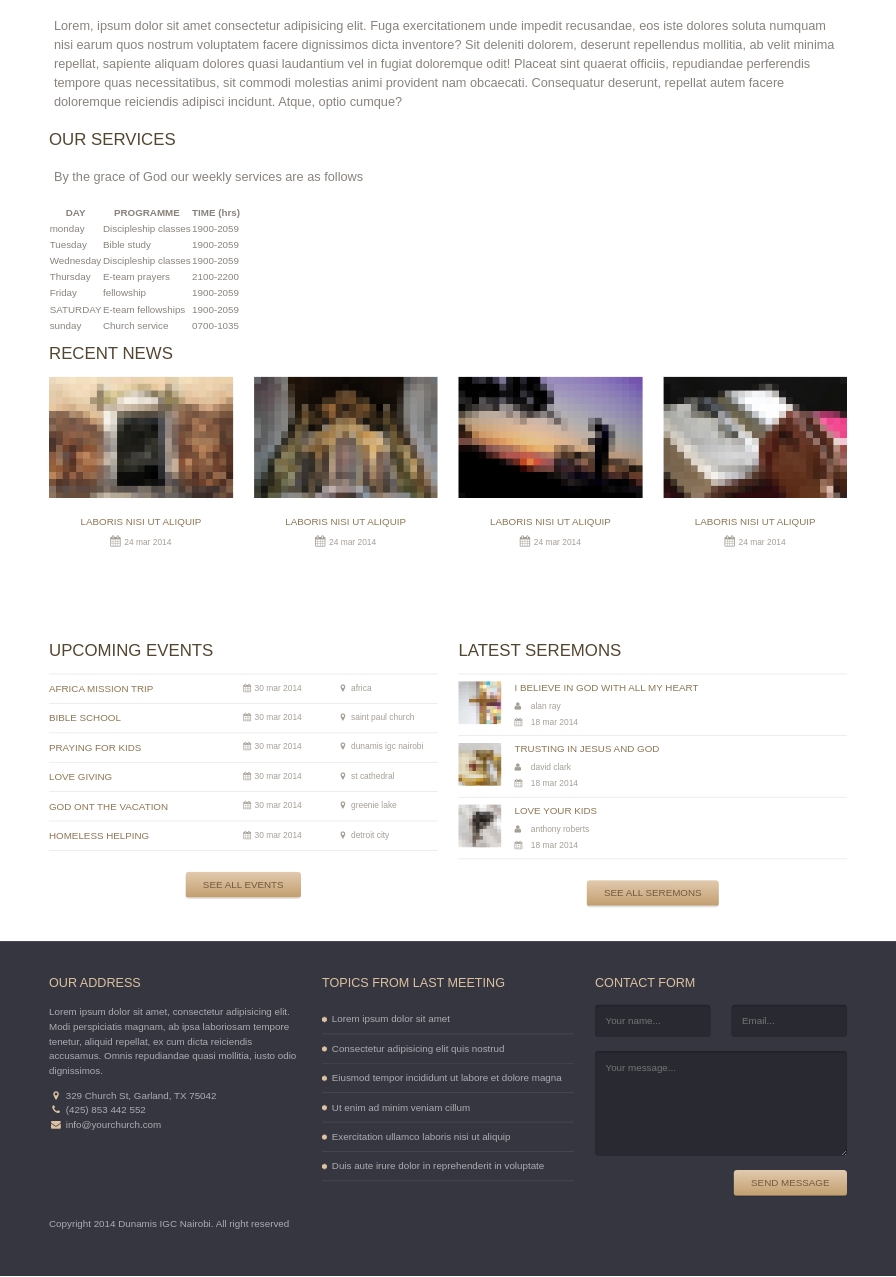
Repository: profbkmurage/churchWebsite
Page: index.html
The author's editor kept a copy of each file at every save. The page is drawn from the files as they stood at one save, then again after the next save.
The browser window is 1280 px wide. The pictures show the part of the page from y = 1118 to 3038 px (the page is 2942 px tall before and 3038 px after), at 70% of full size.

Above is the page before, as saved 2024-07-10 19:16:43.

After the next save:
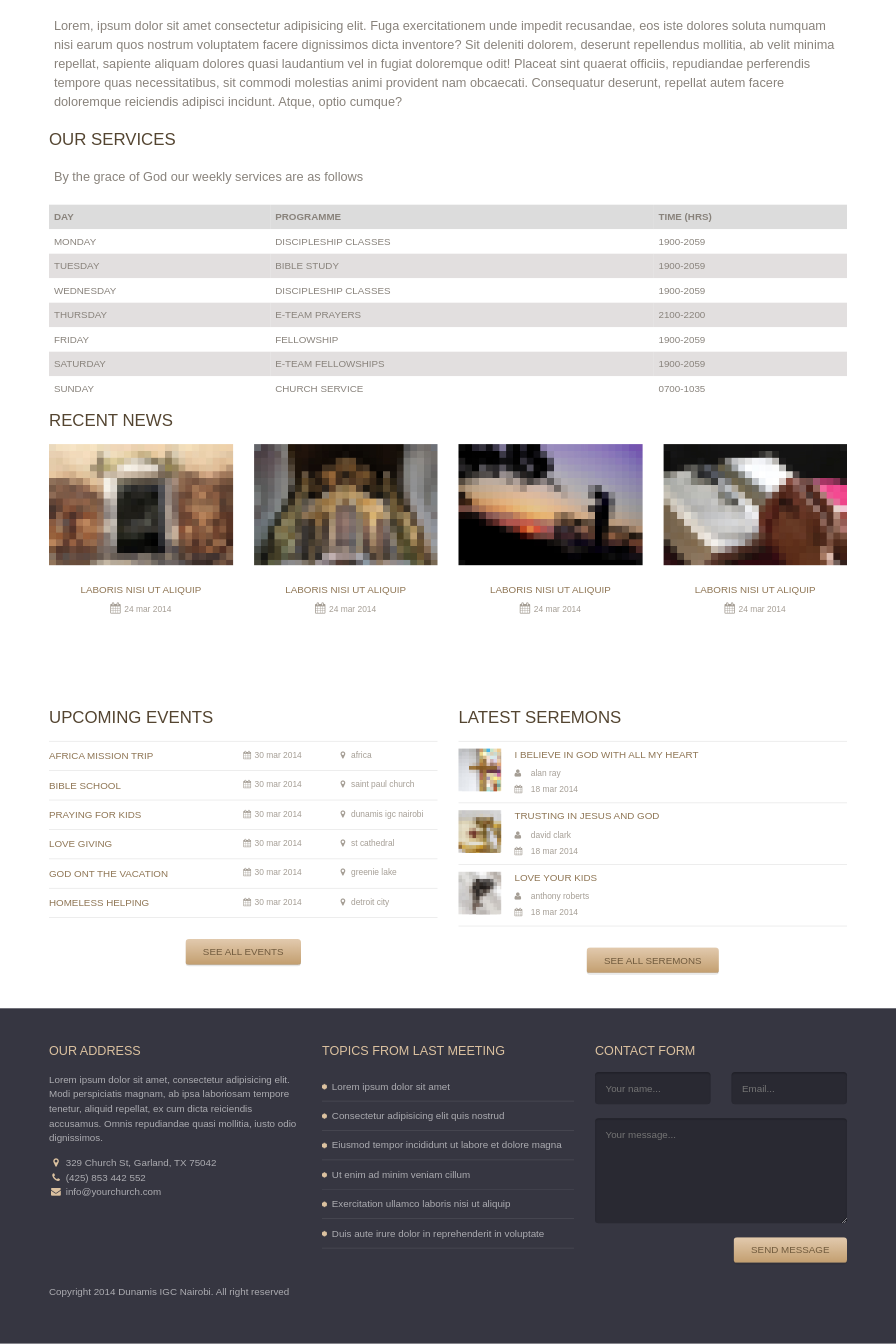
Saved 2 min 42 s later.
--- a/custom.css
+++ b/custom.css
@@ -8,5 +8,38 @@
     font-family: Arial, Helvetica, sans-serif;
     font-size: 1.3rem;
     align-items:center;
+}
 
-  }
+table {
+	width: 100%;
+	/* border: 0.5px solid rgb(198, 188, 255); */
+	border-radius: 10px;
+}
+
+table,
+tr,
+td {
+	border-collapse: collapse;
+}
+table tr td,
+tr th {
+	text-transform: uppercase;
+	text-align: left;
+	padding: 0.5rem;
+}
+
+table tr:nth-child(even) {
+	background: rgba(255, 255, 255, 0.9);
+}
+table tr:nth-child(odd) {
+	background-color: rgba(223, 220, 220, 0.9);
+}
+table tr:nth-child(even):hover {
+	background: rgba(255, 255, 255, 0.7);
+}
+table tr:nth-child(odd):hover {
+	background-color: rgba(223, 220, 220, 0.7);
+}
+table tr:nth-child(1) {
+	background-color: rgba(214, 214, 214, 0.85);
+}
